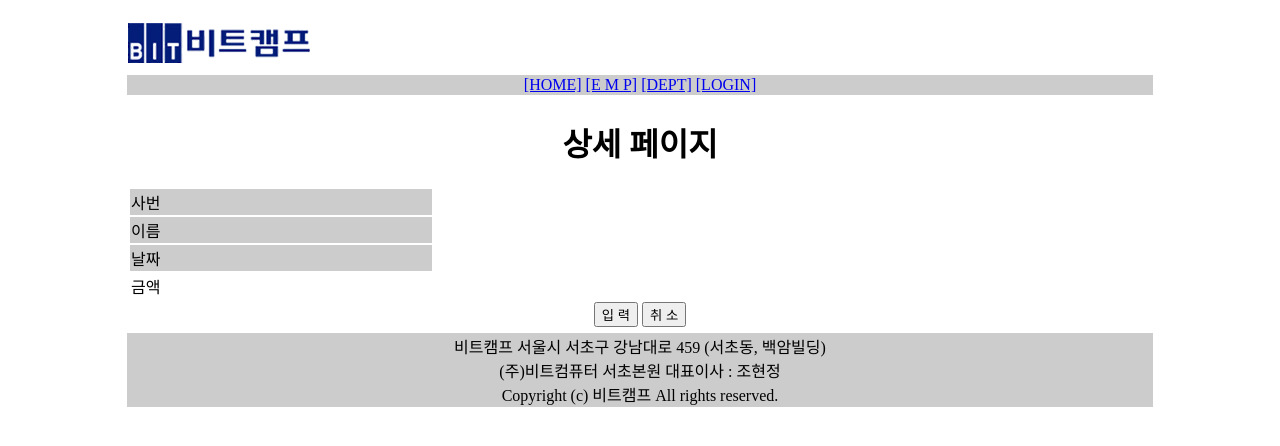
Repository: Lee-seongBeom/bitclass
Page: http://localhost/web08/emp/detail.jsp
An editor plug-in stored every save of this project. The page is shown before and after the next save, followed by the edit.
The browser window is 1280 px wide. The pictures show the whole page.
The page is served by Tomcat 9.

Above is the page before, as saved 2020-07-07 03:35:46.

After the next save:
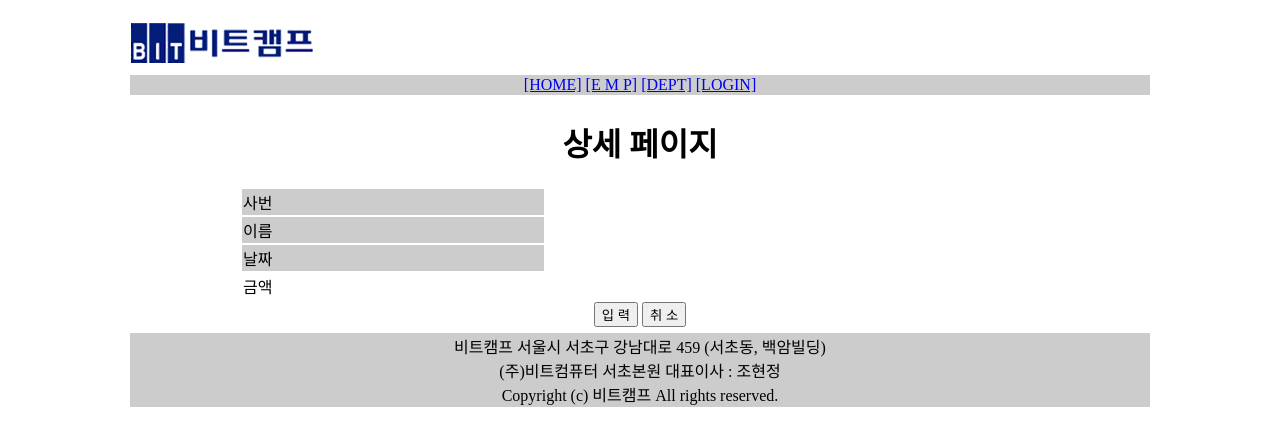
Saved 11 s later.
--- a/web/web08/WebContent/emp/detail.jsp
+++ b/web/web08/WebContent/emp/detail.jsp
@@ -29,7 +29,10 @@
             <!-- content start -->
             <center>
             <h1>상세 페이지</h1>
-            	<table width="1024">
+            <%
+
+            %>
+            	<table width="800">
             		<tr>
             			<td width="300" bgcolor="#cccccc">사번</td>
             			<td></td>
